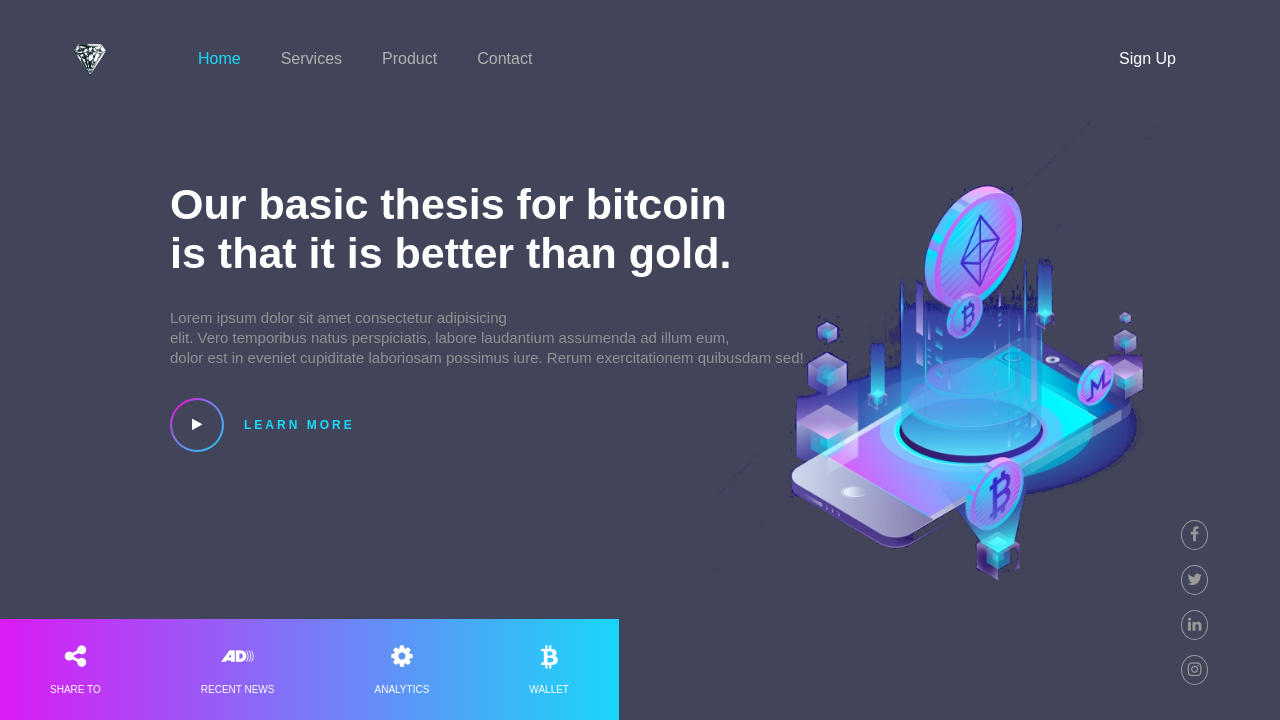
Repository: Aakarshit-Sharma19/Basic-HTML-and-CSS-Page-
Page: index.html
These files come from the project's save history. The page is drawn as it stood at one moment and after the next save; the edit follows.
The browser window is 1280 px wide. The pictures show the whole page.

Above is the page before, as saved 2020-11-10 17:24:04.

### index.html
<!DOCTYPE html>
<html lang="en">

<head>
    <title>Crypto Currency Web App - Easy Tutorials</title>
    <link rel="stylesheet" href="style.css">
    <link rel="stylesheet" href="https://stackpath.bootstrapcdn.com/font-awesome/4.7.0/css/font-awesome.min.css">
</head>

<body>
    <!-- container -->
    <div class="container">

        <!-- menu -->
        <div class="menu">
            <ul>
                <li class="logo"><img src="1349.png" alt="diamond"></li>
                <li class="active">Home</li>
                <li>Services</li>
                <li>Product</li>
                <li>Contact</li>
                <li><a href="#" class="signup-btn"><span>Sign Up</span></a></li>
            </ul>
        </div>

        <!-- banner -->
        <div class="banner">

            <!-- App text -->
            <div class="app-text">
                <h1>Our basic thesis for bitcoin <br> is that it is better than gold.</h1>
                <p>Lorem ipsum dolor sit amet consectetur adipisicing <br>elit. Vero temporibus natus perspiciatis,
                    labore
                    laudantium assumenda ad illum eum,<br>  dolor est in eveniet cupiditate laboriosam possimus iure.
                    Rerum
                    exercitationem quibusdam sed!</p>
                <div class="play-btn">
                    <div class="play-btn-inner"><i class="fa fa-play" aria-hidden="true"></i>
                    </div>
                    <small><b>LEARN MORE</b></small>
                </div>
            </div>

            <!-- App picture -->
            <div class="app-picture">
                <img src="background.png" alt="">
            </div>
        </div>

        <!-- Quick Links -->
        <div class="quick-links">
            <ul>
                <li>
                    <i class="fa fa-share-alt" aria-hidden="true"></i><p>SHARE TO</p>
                </li>
                <li>
                   <i class="fa fa-audio-description" aria-hidden="true"></i><p>RECENT NEWS</p>
                </li>
                <li>
                    <i class="fa fa-cog" aria-hidden="true"></i><p>ANALYTICS</p>
                </li>
                <li>
                    <i class="fa fa-btc" aria-hidden="true"></i><p>WALLET</p>
                </li>
            </ul>

        </div>

        <!-- Social Icons -->
        <div class="social-icons">
            <ul>
                <li><a href="#"><i class="fa fa-facebook" aria-hidden="true"></i></a></li>
                <li><a href="#"><i class="fa fa-twitter" aria-hidden="true"></i></a></li>
                <li><a href="#"><i class="fa fa-linkedin" aria-hidden="true"></i></a></li>
                <li><a href="#"><i class="fa fa-instagram" aria-hidden="true"></i></a></li>
            </ul>
        </div>
    </div>
</body>

</html>

### style.css
* {
    margin: 0;
    padding: 0;
    font-family: sans-serif;
}

body{
    background: #42455a;
}
.container{
    width: 100%;
    height: 100%;
}

.menu ul{
    display: inline-flex;
    margin: 50px;
}

.menu ul li{
    list-style: none;
    margin: 0 20px;
    color: #b2b1b1;
    cursor: pointer;
}
.menu ul li:hover{
    color: aliceblue;
}
.logo img{
    width: 40px;
    margin-top: -12px;
    margin-right: 48px;
}

.active{
    color: #19dafa!important;
}

.signup-btn{
    top: 40px;
    right: 80px;
    position: absolute;
    text-decoration: none;
    color: #fff;
    border: 2px solid transparent;
    border-radius: 20px;
    background-image: linear-gradient(#42455a, #42455a), radial-gradient(circle at top left, #fd00da, #19d7f8);
    background-origin: border-box
    background-clip: content-box,border-box;
}

.signup-btn:hover{
    background-color: #19dafa;
}

.signup-btn span{
    display: block;
    padding: 8px 22px;
}

.banner{
    width: 80%;
    height: 70%;
    top: 25%;
    left: 130px;
    position: absolute;
    color: #fff;
}

.app-text{
    width: 50%;
    float: left;
}

.app-text h1{
    font-size: 43px;
    width: 640px;
    position: relative;
    margin-left: 40px;
}

.app-text p{
    font-size: 15px;
    width: 650px;
    margin: 30px 0 30px 40px;
    line-height: 20px;
    color: #919191;
}

.app-picture{
    width: 50%;
    float: right;
}

.app-picture img{
    width: 100%;
    margin-top: -60px;
    padding-left: 70px;
}

.play-btn{
    margin-left: 40px;
    display: inline-flex;
}

.play-btn-inner{
    height: 50px;
    width: 50px;
    border: 2px solid transparent;
    border-radius: 50%;
    background-image: linear-gradient(#42455a, #42455a), radial-gradient(circle at top left, #fd00da, #19d7f8);
    background-origin: border-box;
    background-clip: content-box,border-box;
    text-align: center;
}
.play-btn-inner .fa{
    padding: 18px 0px;
    font-size: 13px;
    cursor: pointer;
}

small{
    margin: auto 20px;
    cursor: pointer;
    font-size: 12px;
    color: #19dafa;
    letter-spacing: 3px;
}

.quick-links{
    left: 0;
    bottom: 0;
    position: absolute;
    background: linear-gradient(to right, #db1bf6, #19d7f8);
}
.quick-links ul{
    display: inline-flex;
    margin: 25px auto;
    text-align: center;
}
.quick-links ul li{
    list-style: none;
    margin: 0 50px;
    cursor: pointer;
}
.quick-links ul li .fa{
    font-size: 25px;
    color: white;
}

.quick-links ul li p{
    margin-top: 15px;
    font-size: 10px;
    color: white;
}

.social-icons{
    right: 72px;
    bottom: 35px;
    position: absolute;
}

.social-icons ul li{
    list-style: none;
    margin-top: 15px;
    text-align: center;
}

.social-icons ul li a{
    color: #999;
    border-radius: 50%;
    border: 1px solid #999;
    padding: 5px;
    display: block;
}

After the next save:
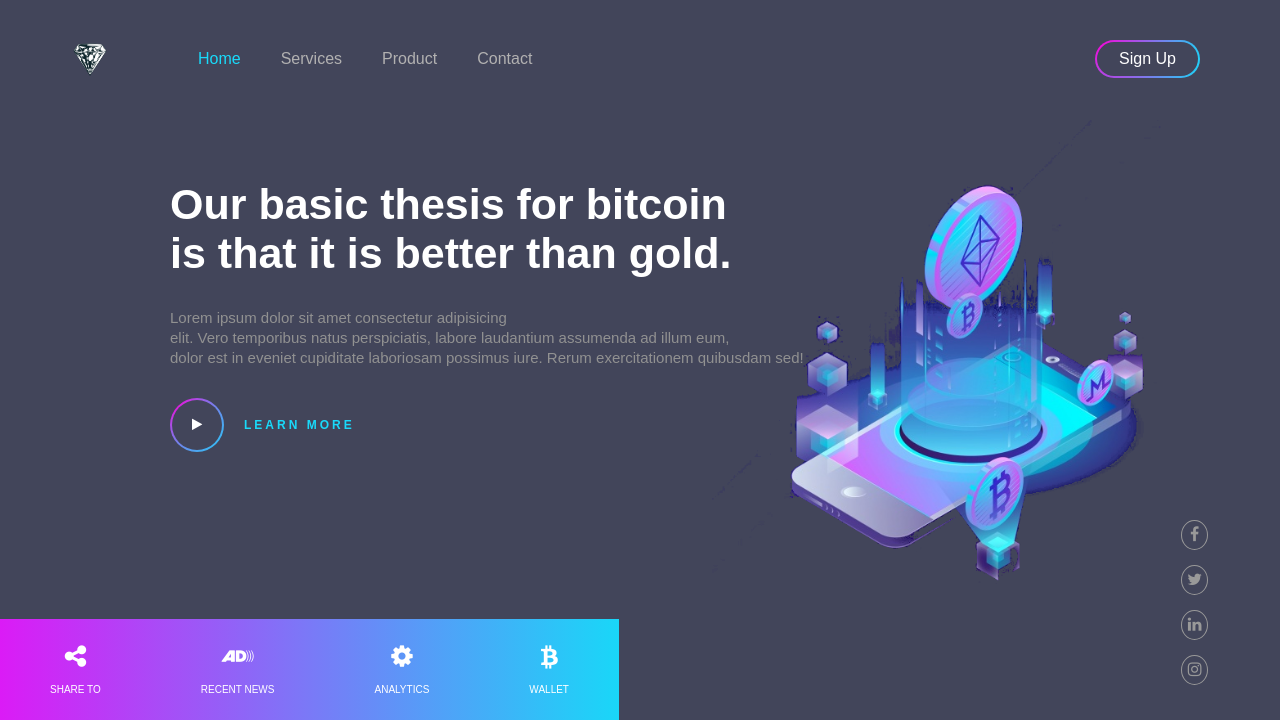
Saved 7 s later.
--- a/style.css
+++ b/style.css
@@ -45,7 +45,7 @@ body{
     border: 2px solid transparent;
     border-radius: 20px;
     background-image: linear-gradient(#42455a, #42455a), radial-gradient(circle at top left, #fd00da, #19d7f8);
-    background-origin: border-box
+    background-origin: border-box;
     background-clip: content-box,border-box;
 }
 
